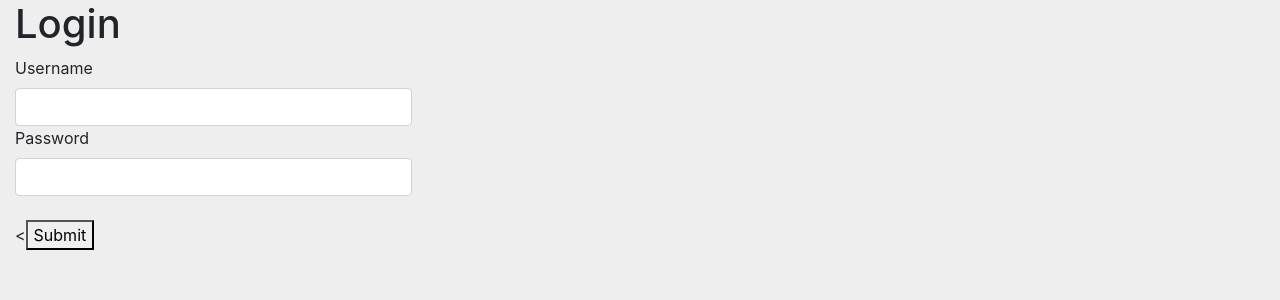
Repository: neoighodaro-articles/migrating-to-laravel
Page: http://localhost/
These files come from the project's save history. The page is drawn as it stood at one moment and after the next save; the edit follows.
The browser window is 1280 px wide. The pictures show the whole page.
The page is run by PHP 8.4 with error messages shown; the project is at /var/www/html/.

Above is the page before, as saved 2018-06-12 18:40:50.

After the next save:
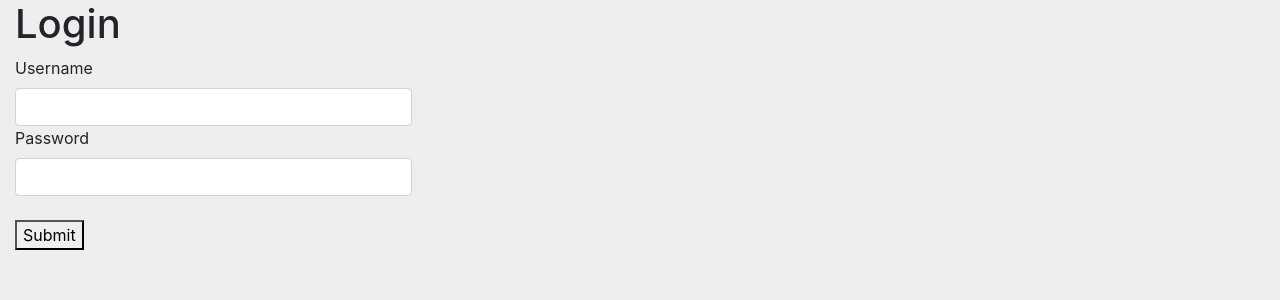
Saved 3 min 57 s later.
--- a/vanilla/index.php
+++ b/vanilla/index.php
@@ -21,7 +21,7 @@
       <label>Password</label>
       <input type="password" class="form-control">
       <br>
-      <<button type="submit">Submit</button>
+      <button type="submit">Submit</button>
     </div>
   </div>
 </body>
